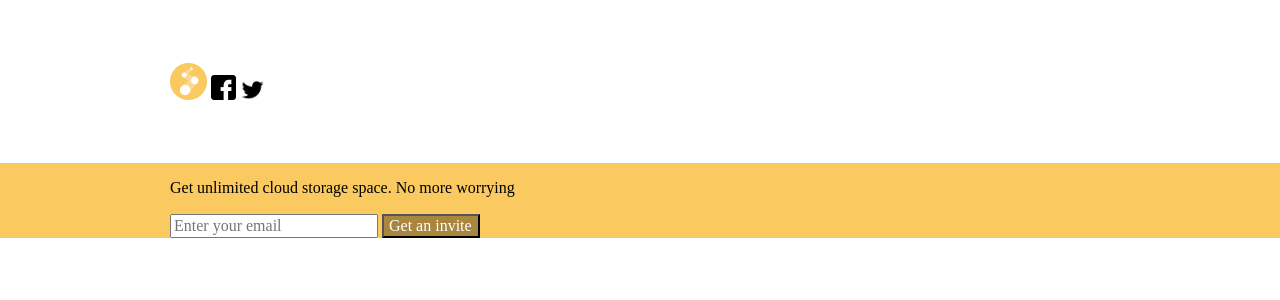
Repository: AndreyMykulych/user_home_work_Mykulych
Page: index.html
The author's editor kept a copy of each file at every save. The page is drawn from the files as they stood at one save, then again after the next save.
The browser window is 1280 px wide. The pictures show the whole page.

Above is the page before, as saved 2023-02-27 15:25:52.

### index.html
<!DOCTYPE html>
<html lang="en">
<head>
    <meta charset="UTF-8">
    <meta http-equiv="X-UA-Compatible" content="IE=edge">
    <meta name="viewport" content="width=device-width, initial-scale=1.0">
    <title>Document</title>
    <link  rel="stylesheet"  href="styles/normalize.css">
    <link  rel="stylesheet"  href="styles/style.css">

</head>
<body>
    <div class="wrapper">
        <p class="first-block">
            <img class="logo-Photo" src="/3/img/IMAGE.png" alt="main">
        </p>

            <p class="second-block">
                <img class="Fb-Photo" src="3/img/fb-icon.png" alt="FB">
                <img class="Twit-Photo" src="/3/img/Frame.png" alt="Twitter">
            </p>
    </div>
    <div class="input-back">
    <div class="input-conteiner">
        <p>Get unlimited cloud storage space.</p>
        <p>No more worrying</p>
        <form>
            <input placeholder="Enter your email" type="email" id="email" name="email">
            <button>Get an invite</button>
          </form>

    </div>
</div>
</body>
</html>

### styles/style.css
*{
    box-sizing: border-box;
}

.wrapper {
    margin: 0 auto;
    width: 940px;
    margin-top:47px;
}
p{
    display: inline-block;
}
.first-block {
    text-align: left;
}
.second-block {
    text-align: right;
}
.logo-Photo {
    width: 37px;
    height: 37px;
}
.Fb-Photo {
width: 25px;
height: 25px;

}
.Twit-Photo{
    width: 25px;
    height: 21px;
}
.input-back{
    background-color: #FAC960;
    height: auto;
    margin-top:43px;

}
.input-conteiner {
    width: 940px;

   margin: 0 auto;

}
p
form {
    display: inline-block;
}
button {
      padding-left: 5px;
      background-color: #A8863D;
      color: #fff;
}

Loaded but not shown: styles/normalize.css (library)

After the next save:
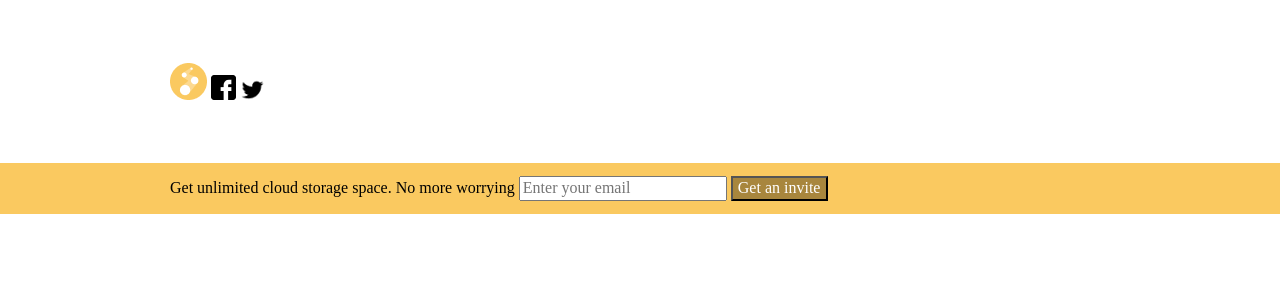
Saved 4 s later.
--- a/styles/style.css
+++ b/styles/style.css
@@ -41,7 +41,7 @@ height: 25px;
    margin: 0 auto;
 
 }
-p
+
 form {
     display: inline-block;
 }
